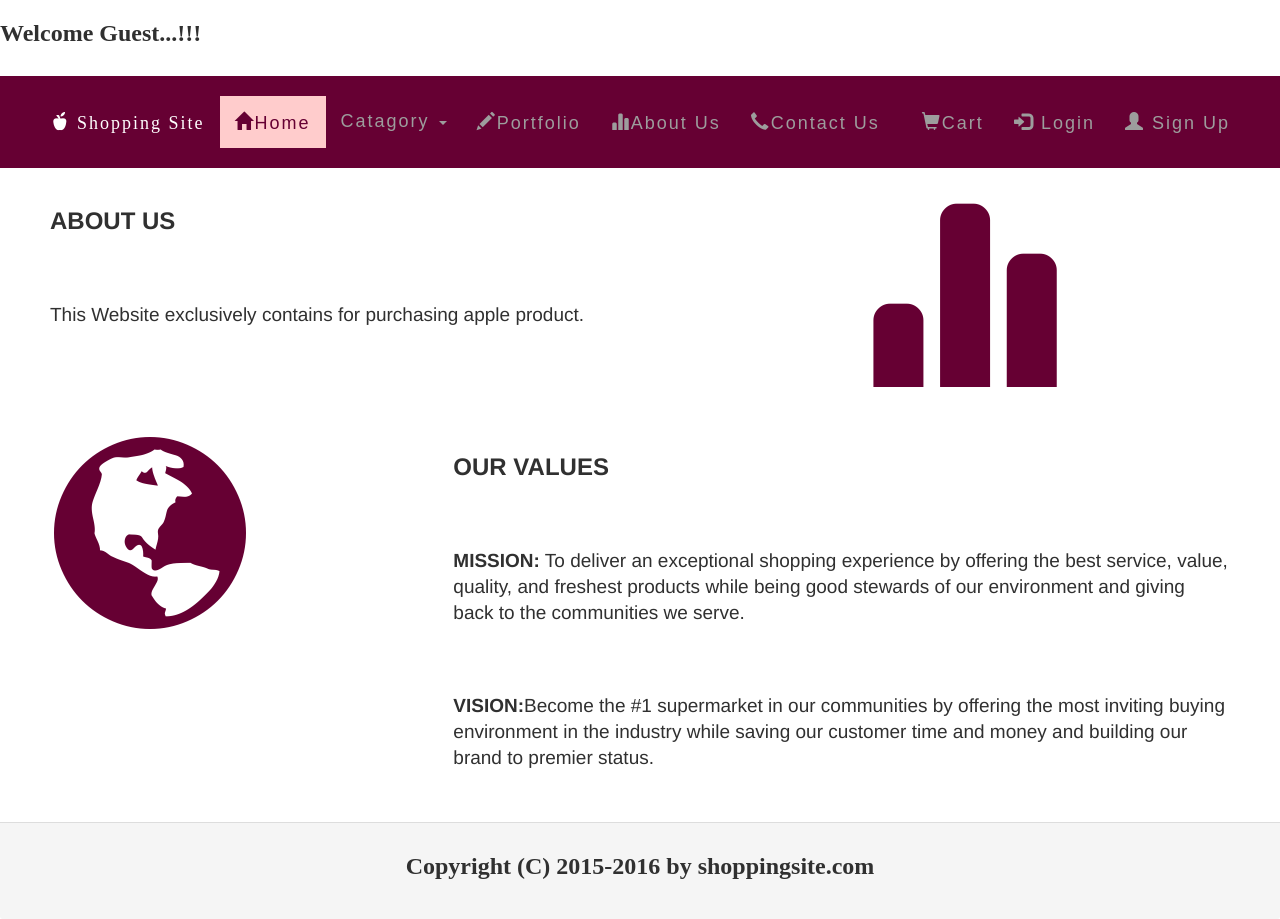
Repository: priyasuthakar/priya
Page: http://localhost/Apple/WEB-INF/views/about.jsp
The author's editor kept a copy of each file at every save. The page is drawn from the files as they stood at one save, then again after the next save.
The browser window is 1280 px wide. The pictures show the whole page.
The page is served by Tomcat 9. Nobody is signed in. The template is opened directly, without the code that normally fills it, so the values that code supplies are empty.

Above is the page before, as saved 2016-08-24 15:47:36.

After the next save:
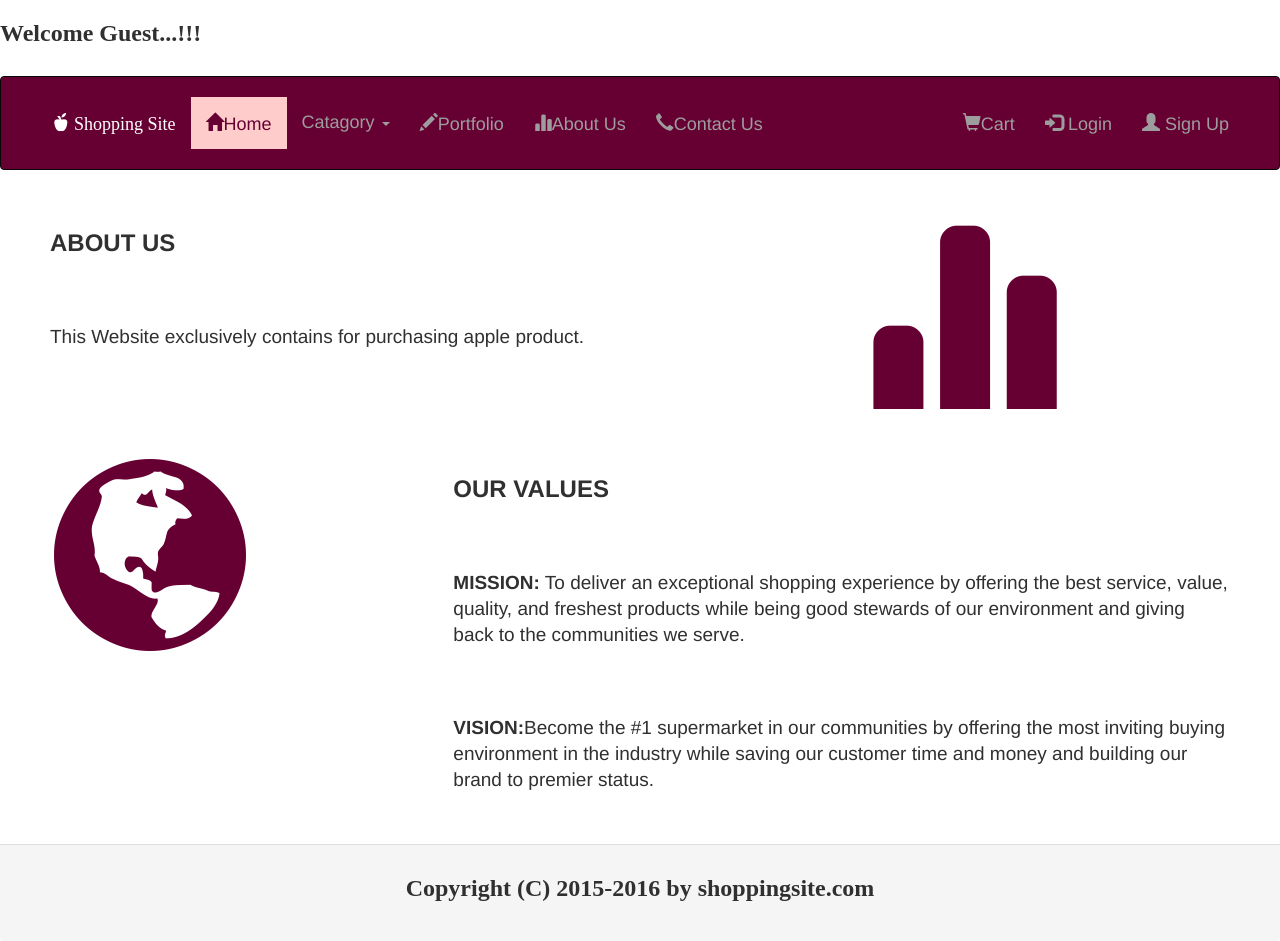
Saved 5 min 46 s later.
--- a/Apple/src/main/webapp/WEB-INF/views/about.jsp
+++ b/Apple/src/main/webapp/WEB-INF/views/about.jsp
@@ -119,15 +119,8 @@ h4 {
 }
 
 .navbar {
-	margin-bottom: 0;
-	background-color: #660033;
-	z-index: 9999;
-	border: 0;
+	background-color:#660033;
 	font-size: 18px !important;
-	line-height: 1.42857143 !important;
-	letter-spacing: 2px;
-	border-radius: 0;
-	font-family: Montserrat, sans-serif;
 }
 
 .navbar .navbar-brand {
@@ -152,6 +145,10 @@ footer .glyphicon {
 	font-size: 24px;
 	margin-bottom: 20px;
 	color: #660033;
+}
+
+.slideanim {
+	visibility: hidden;
 }
 
 .slide {
@@ -179,7 +176,6 @@ footer .glyphicon {
 	}
 }
 </style>
-
 </head>
 
 <body id="myPage" data-spy="scroll" data-target=".navbar"
